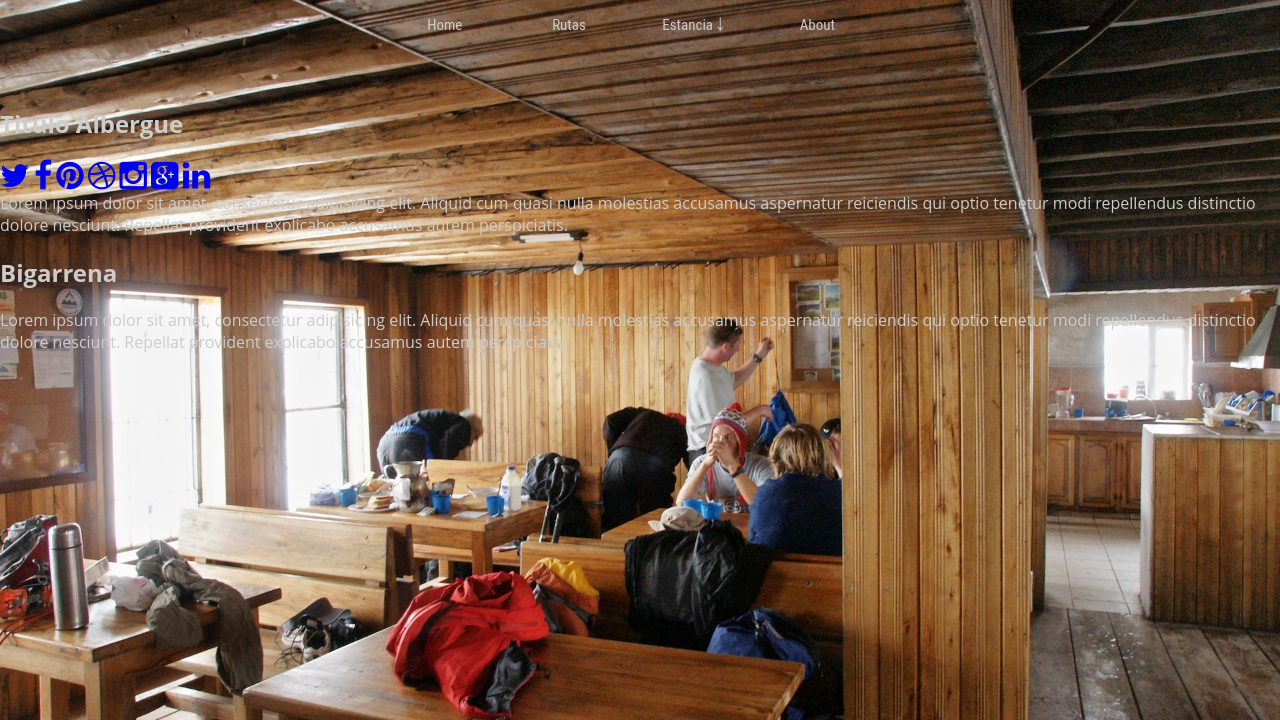
Repository: Croqueta-OPS/proyecto-pyrenees
Page: alojamiento2.html
The author's editor kept a record of every edit. The page is drawn from the files as they stood at one moment, then again after the next edit.
The browser window is 1280 px wide. The pictures show the whole page.

Above is the page before.

### alojamiento2.html
<!DOCTYPE html>
<html  lang="es">

    <head>

		<meta charset="utf-8">
		<title>Pyrenoise</title>
		<link rel="stylesheet" href="css/refugio.css" />
		<link rel="stylesheet" id="font-awesome-css" href="css/fonts/font-awesome/css/font-awesome.min.css" type="text/css" media="screen">
	    <link rel="stylesheet" href="css/menu.css">

	    <div class="navegador">
			<label for="show-menu" class="show-menu">Show Menu</label>
			<input type="checkbox" id="show-menu" role="button">
			<ul id="menu">
				<li>
					<a href="home.html">Home</a></li>
				<li>
					<a href="rutas.html">Rutas</a>
				</li>
				<li>
					<a href="#">Estancia ￬</a>
					<ul class="hidden">
						<li><a href="#">Camping</a></li>
						<li><a href="#">Refugio</a></li>
					</ul>
				</li>
				<li><a href="#">About</a></li>
			</ul>
		</div>
	</head>

    <body>
        <div id="cuerpo">
            <div class="contenedor clearfix">
                <div class="izquierda">
                <section class="titulo_slider">
                    <h1>Titulo Albergue</h1>
                    <div id="social-icons">
					    <a href="home.html" target="_blank" alt="Twitter"><i class="fa fa-twitter fa-2x"></i></a>
					    <a href="home.html" target="_blank" alt="Facebook"><i class="fa fa-facebook fa-2x"></i></a>
					    <a href="home.html" target="_blank" alt="Pinterest"><i class="fa fa-pinterest fa-2x"></i></a>
					    <a href="home.html" target="_blank" alt="Dribble"><i class="fa fa-dribbble fa-2x"></i></a>
					    <a href="home.html" target="_blank" alt="Instagram"><i class="fa fa-instagram fa-2x"></i></a>
					    <a href="home.html" target="_blank" alt="Google"><i class="fa fa-google-plus-square fa-2x"></i></a>
					    <a href="home.html" target="_blank" alt="Linkedin"><i class="fa fa-linkedin fa-2x"></i></a>
					</div> <!-- end #social-icons -->
                </section>
                <section class="slider">
                    Lorem ipsum dolor sit amet, consectetur adipisicing elit. Aliquid cum quasi nulla molestias accusamus aspernatur reiciendis qui optio tenetur modi repellendus distinctio dolore nesciunt. Repellat provident explicabo accusamus autem perspiciatis.
                </section>
                </div>
                <div class="derecha">
                    <h2>Bigarrena</h2>
                    Lorem ipsum dolor sit amet, consectetur adipisicing elit. Aliquid cum quasi nulla molestias accusamus aspernatur reiciendis qui optio tenetur modi repellendus distinctio dolore nesciunt. Repellat provident explicabo accusamus autem perspiciatis.
                </div>
            </div><!-- /.contenedor -->
        </div><!-- /.cuerpo -->
    </body>

</html>

### css/refugio.css
/**********/
/* Global */
/**********/
html, body {
    height: 100%;
    margin: 0;
    padding: 0;
    font-family: 'Open Sans', sans-serif;
    color: #CCCCCC;
}

body {
    background-image: url('../img/refugio.jpg');
    background-size: 100%;
    background-repeat: no-repeat;
}

.navegador {
    margin-top: -1%;
    margin-left: -0.7%;
}

/********/
/* Body */
/********/

.fondoNegro {
    position: absolute;
    -webkit-filter: opacity(0.7);
    width: 100%;
    height: 100%;
}

.navegador li ul {
    margin-top: -1%;
    margin-left: -1.8%;
}

#menu {
    margin-top: 1%;
}

#menu a {
    display:block;
	min-width:120px;
	height: 40px;
	line-height: 50px;
	font-family: 'Roboto Condensed', sans-serif;
	font-size: 15px;
	font-weight: 400;
	color: #CCCCCC;
	text-decoration: none;
	-webkit-transition: all 0.2s ease-in-out 0s;
	transition: all 0.2s ease-in-out 0s;
}

#menu a:hover {
    color: #4D944D;
}

#refugio {
    margin-top: -80%;
}

.container {
    position: relative;
    width: 90%;
    margin-left: 5%;
}

.rightContainer {
    margin-top: 1%;
    width: 35%;
    float: left;
    margin-left: 2.5%;
    height: 400px;
    text-align: center;
}

.datosContacto {
    margin-left: 10%;
    text-align: center;
}

.datosContacto p {
    font-size: 70%;
}

.leftContainer {
    width: 50%;
    float: right;
    margin-right: 1%;
    margin-top: 2%;
    height: 400px;
    text-align: center;
}

.redesSociales {
    width: 90%;
    margin-left: 10%;
    font-size: 140%;
    text-align: center;
}

.redesSociales img {
    padding: 0 4%;
}

.calendario {
    display: none;
}

.logoAlbergue {
}

.logoAlbergue p {
    margin-left: 10%;
}

.logoAlbergue img {
    margin-left: 12%;
    width: 30%;
    margin-top: 5%;
    margin-bottom: 5%;
}

.separator {
    position: absolute;
    border: 1px solid #CCCCCC;
    height: 400px;
    margin-left: 50%;
    margin-top: 5%;
}

.leftContainer p {
    width: 70%;
    margin-left: 15%;
    margin-top: 5%;
}

.titulo {
    font-size: 160%;
}

.about{
    display: none;
}

.caracteristicas {
    display: none;
}

.albergueCaracteristicas {
    margin-top: 13%;
}

.lista {
    columns: 2;
    -webkit-columns: 2;
    -moz-columns: 2;
    text-align: left;
    margin-left: 9%;
}

.albergueAbout {
    margin-left: 5%
}

.albergueImagenes {
    margin-top: 8%;
    width: 130%;
    margin-right: 6%;
    margin-left: -7%;
}

.albergueImagenes img {
    max-height: 100px;
}

.imagenes{
    display: none;
}

.lightbox {
	/** Default lightbox to hidden */
	display: none;

	/** Position and style */
	position: fixed;
	z-index: 999;
	width: 100%;
	height: 100%;
	text-align: center;
	top: 0;
	left: 0;
	background: rgba(0,0,0,0.8);
}

.lightbox img {
	/** Pad the lightbox image */
	max-width: 90%;
	max-height: 80%;
	margin-top: 5%;
}

.lightbox:target {
	/** Remove default browser outline */
	outline: none;

	/** Unhide lightbox **/
	display: block;
}

.footer {
    margin-top: 41.9%;
    margin-left: -6%;
    width: 111.5%;
}

@media screen and (max-width : 600px){





}

### css/menu.css
/*Aquí comienzan los estilos del navegador--------------------*/
.navegador{
    width: 100%;
    height: 100px;
	z-index: 999;
	position: relative;
}

/*Strip the ul of padding and list styling*/
.navegador ul {
	list-style-type:none;
	padding:0;
	text-align: center;
	position: absolute;
}

#menu{
	width: 100%;
}

/*Crea una lista horizontal con el margen*/
.navegador li {
	display:inline-block;
}

.navegador .escondido{
    display:none;
}

/*Estilos para los enlaces del menú*/
.navegador li a {
	display:block;
	min-width:120px;
	height: 40px;
	line-height: 50px;
	font-family: 'Roboto Condensed', sans-serif;
	font-size: 15px;
	font-weight: 400;
	color: #001400;
	text-decoration: none;
	-webkit-transition: all 0.2s ease-in-out 0s;
	transition: all 0.2s ease-in-out 0s;
}

/*Estilo Hover para los enlaces principales*/
.navegador li:hover a {
	color: #4D944D;
}

/*Estilo hover para los botones secundarios*/
.navegador li:hover ul a {
	color: #001400;
	height: 30px;
	line-height: 30px;
}

/*Hover para los enlaces secundarios*/
.navegador li:hover ul a:hover {
	color: #4D944D;
}

/*Esconder los botones secundarios*/
.navegador li ul {
   display: none;
}

/*Hacer los botones extensibles que se muestren en vertical*/
.navegador li ul li {
    width: 10%;
	display: block;
	float: none;
}

/*Evitar que el texto se monte*/
.navegador li ul li a {
	width: auto;
	min-width: 80px;
	padding: 0 20px;
}

/*Mostrar los enlaces extensibles*/
.navegador ul li a:hover + .hidden, .hidden:hover {
	display: block;
}

/*Estilo para el botón 'muestra menú'*/
.show-menu {
	font-family: "Helvetica Neue", Helvetica, Arial, sans-serif;
	text-decoration: none;
	color: #fff;
	background: #19c589;
	text-align: center;
	padding: 10px 0;
	display: none;
}

/*Ocultar checkbox*/
input[type=checkbox]{
    display: none;
}

/*Show menu when invisible checkbox is checked*/
input[type=checkbox]:checked ~ #menu{
    display: block;
}
/*************************************************/

/*Estilos para que el menú sea Responsive*/
@media screen and (max-width : 600px){

    .navegador {
    	width: 100%;
    	margin-left: 0;
    	z-index:1001;
    }

    .navegador ul {
        width: 100%;
        margin: 0 auto;
    	list-style-type:none;
    	padding:0;
    	position: absolute;
    }

	/*Hacer que los botones aparezcan en línea*/
	ul {
		position: static;
		display: none;
	}
	/*Crea un espaciado vertical*/
	li {
		margin-bottom: 1px;
	}
	/*Damos una anchura total a todos los elementos del menú*/
	ul li, li a {
		width: 100%;
	}
	/*Muestra los enlaces de 'show menu'*/
	.show-menu {
		display:block;
	}
	li a {
		background-color: #2f3036;
	}
	li:hover a {
		background-color: #f3f3f3;
		color: #FFFFD1;
	}

    .escondido{
        display:block;
    }
    .visible{
        display:none;
    }


}

Loaded but not shown: css/fonts/font-awesome/css/font-awesome.min.css (library)

After the next edit:
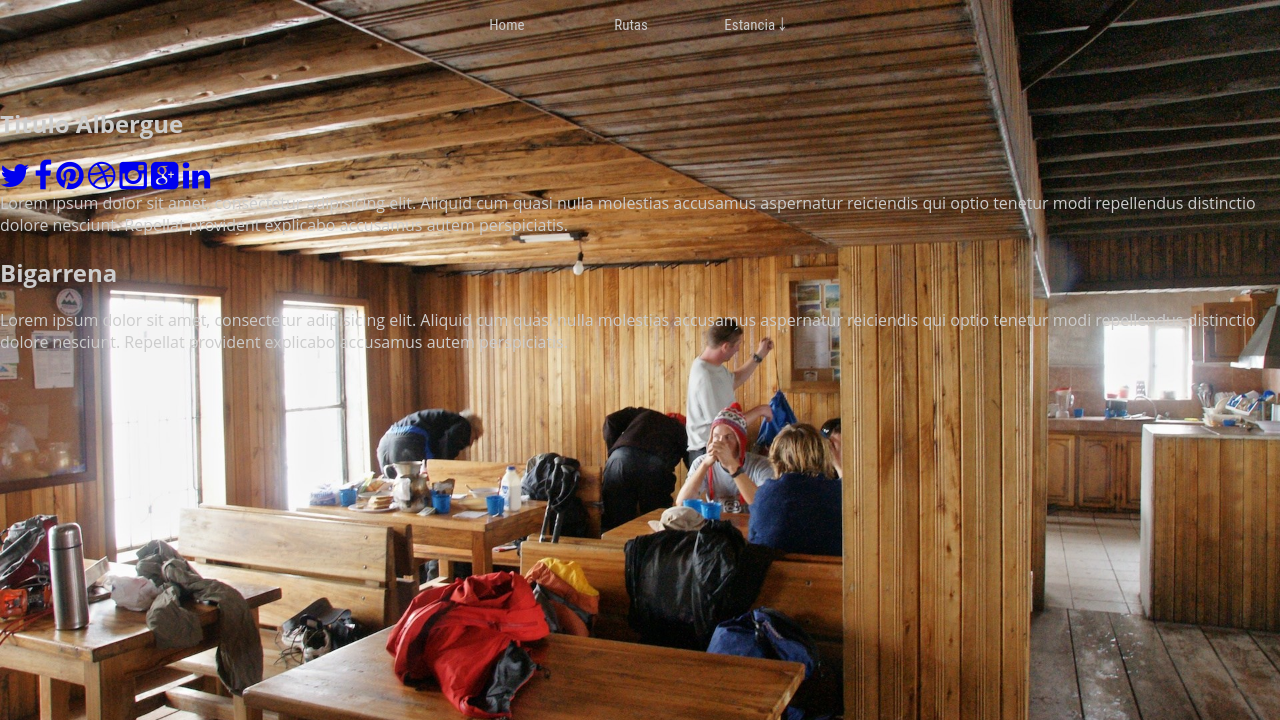
The edit:
--- a/alojamiento2.html
+++ b/alojamiento2.html
@@ -25,7 +25,6 @@
 						<li><a href="#">Refugio</a></li>
 					</ul>
 				</li>
-				<li><a href="#">About</a></li>
 			</ul>
 		</div>
 	</head>
